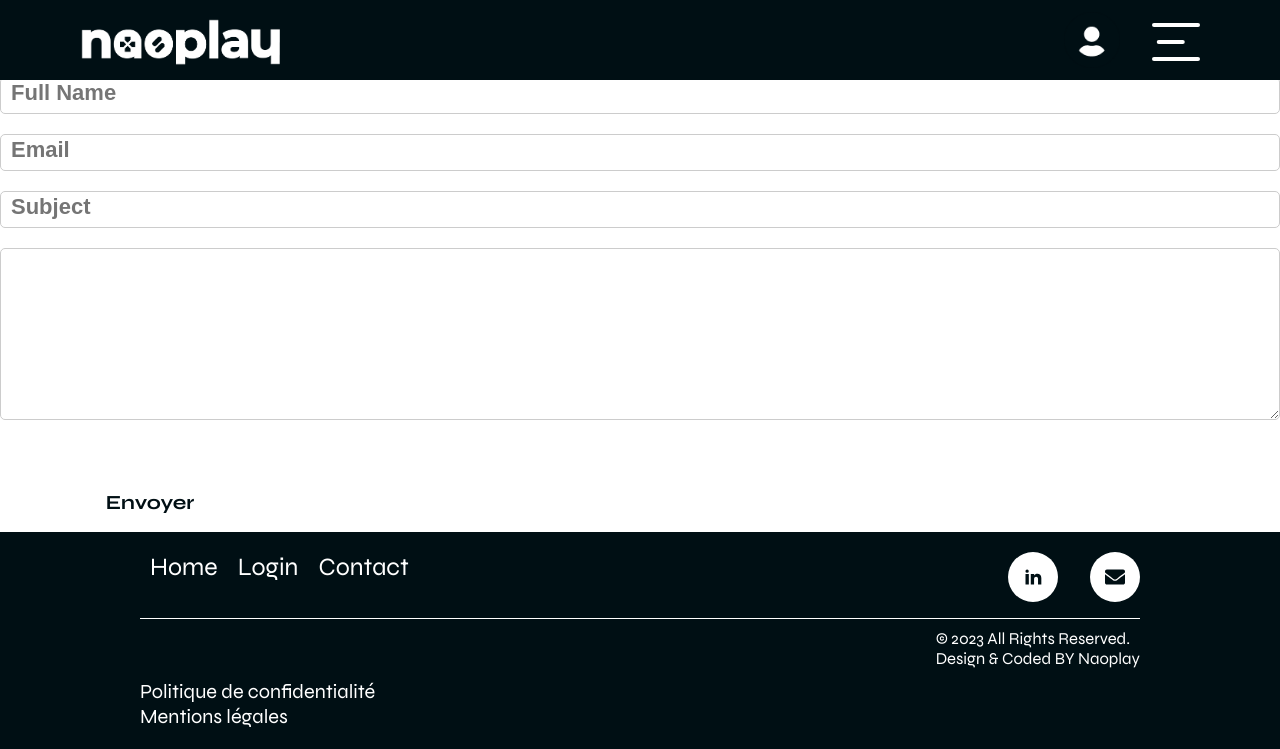
Repository: Hindsedrati/Naoplay
Page: /contact
These files come from the project's save history. The page is drawn as it stood at one moment and after the next save; the edit follows.
The browser window is 1280 px wide. The pictures show the whole page.
The project was rebuilt for these pictures with package versions that can differ from the ones it lists, and the page was loaded fresh each time. Also part of the build but not shown: src/Pages/Login/index.jsx, src/Components/Const/index.jsx, src/Components/Partners/index.jsx, src/Components/Naoplay/index.jsx, src/Components/Api/index.jsx, src/Components/Digitalisation/index.jsx, src/Components/Gateway/index.jsx, src/Components/ApiManagement/index.jsx and 6 more.

Above is the page before, as saved 2023-05-10 12:22:04.

### public/index.html
<!DOCTYPE html>
<html lang="en">
  <head>
    <meta charset="utf-8" />
    <link href="https://fonts.googleapis.com/css2?family=Syne:wght@600;700&display=swap" rel="stylesheet">
    <link rel="apple-touch-icon" sizes="180x180" href="./favicons/apple-touch-icon.png">
    <link rel="icon" type="image/png" sizes="32x32" href="./favicons/favicon-32x32.png">
    <link rel="icon" type="image/png" sizes="16x16" href="./favicons/favicon-16x16.png">
    <link rel="manifest" href="./favicons/site.webmanifest">
    <link rel="mask-icon" href="./favicons/safari-pinned-tab.svg" color="#5bbad5">
    <meta name="viewport" content="width=device-width, initial-scale=1" />
    <meta name="theme-color" content="#000000" />
    <meta
      name="description"
      content="Web site created using create-react-app"
    />
    <link rel="apple-touch-icon" href="%PUBLIC_URL%/logo192.png" />
    <!--
      manifest.json provides metadata used when your web app is installed on a
      user's mobile device or desktop. See https://developers.google.com/web/fundamentals/web-app-manifest/
    -->
    <link rel="manifest" href="%PUBLIC_URL%/manifest.json" />
    <!--
      Notice the use of %PUBLIC_URL% in the tags above.
      It will be replaced with the URL of the `public` folder during the build.
      Only files inside the `public` folder can be referenced from the HTML.

      Unlike "/favicon.ico" or "favicon.ico", "%PUBLIC_URL%/favicon.ico" will
      work correctly both with client-side routing and a non-root public URL.
      Learn how to configure a non-root public URL by running `npm run build`.
    -->
    <title>NAOPLAY</title>
  </head>
  <body>
    <noscript>You need to enable JavaScript to run this app.</noscript>
    <div id="root"></div>
    <!--
      This HTML file is a template.
      If you open it directly in the browser, you will see an empty page.

      You can add webfonts, meta tags, or analytics to this file.
      The build step will place the bundled scripts into the <body> tag.

      To begin the development, run `npm start` or `yarn start`.
      To create a production bundle, use `npm run build` or `yarn build`.
    -->
  </body>
</html>

### src/style.scss
* {
    margin: 0;
    padding: 0;
    box-sizing: border-box;
}

.app-container {
    width: 100%;
    max-width: 100%;
    margin-left: auto;
    margin-right: auto;
}

.main-container {
    width: 100%;
    overflow-x: hidden;
}

@media screen and (min-width: 769px) and (max-width: 1900px) {
    .main-container {
        padding: 70px 80px 20px 80px;
    }
}
@media screen and (min-width: 1901px) {
    .main-container {
        padding: 150px 80px 20px 80px;
    }
}
@media screen and (max-width: 768px) {
    .main-container {
        padding: 1rem;
    }
}

### src/Pages/Contact/index.jsx
import React from 'react'
import './Contact.scss'

function contact () {
  return (
    <section>
        <div className="container">
          <h2 className= "--text-center">Contactez-nous</h2>
          <form className= "--formm-control --card" >
              <input type="text" placeholder= 'Full Name' name= 'user_name' required/>
              <input type="email" placeholder= 'Email' name= 'user_email' required/>
              <input type="text" placeholder= 'Subject' name= 'subject' required/>
              <textarea name="message" cols="30" rows="10"></textarea>
              <button type= "submit" className= "--btn --btn-primary">Envoyer</button>


          </form>
        </div>
    </section>
  )
}

export default contact;

### src/Layouts/Footer/Index.jsx
import './footer.scss';
import { RiLinkedinFill } from "react-icons/ri";
import { FaEnvelope } from "react-icons/fa";

function Footer() {
  return (
    <footer>
      <div className="footer-content">
        <div className="footer-section links">
          <a href="/">Home</a>
          <a href="/login">Login</a>
          <a href="/Contact">Contact</a>
        </div>

        <div className="footer__icons">
          <a c href="https://www.linkedin.com/company/naoplay/" target="_blank" rel="noreferrer">
            <RiLinkedinFill />
          </a>
          <a  href="mailto:contact@naoplay.fr/" target="_blank" rel="noreferrer">
            <FaEnvelope />
          </a>
        </div>
      </div>

      <div className="footer-bottom">
        <small>&copy; 2023 All Rights Reserved.</small>
        <small>Design & Coded BY Naoplay </small>
      </div>

      <div className="footer-legal">
        <a href='/'>Politique de confidentialité</a>
        <a href='/'>Mentions légales</a>
      </div>
    </footer>
  );
}

export default Footer;

### src/Pages/Contact/Contact.scss
form {

  display: flex;
  flex-direction: column;
  align-items: center;
  margin-top: 50px;
}

label {
  font-weight: bold;
  margin-bottom: 10px;
}

input,
textarea {
  padding: 10px;
  margin-bottom: 20px;
  width: 100%;
  border: 1px solid #ccc;
  border-radius: 5px;
}

button {
  background-color: #4CAF50;
  color: white;
  border: none;
  padding: 10px 20px;
  text-align: center;
  text-decoration: none;
  display: inline-block;
  font-size: 16px;
  border-radius: 5px;
  cursor: pointer;
}

button:hover {
  background-color: #3e8e41;
}

### src/Pages/Home/Home.scss
body{
    box-sizing: border-box;
    overflow-x: hidden;
}

### src/Layouts/Footer/footer.scss
@import '../../Sass/variables.scss';

footer {
  height: auto;
  color: $light;
  position: relative;
  background: $dark;
  padding: 20px 0;
  width: 100%;
}

.footer-content {
  font-size: 20px;
  display: flex;
  justify-content: space-between;
  max-width: 1000px;
  margin: 0 auto;
}

.footer-section {
  font-family: $syne;
  display: flex;
}

.links a,
.social a {
  color: #fff;
  text-decoration: none;
  padding: 0 10px;
  font-size: 25px;
}


.footer__icons{

        display: flex;
        gap: 2rem;
        margin-bottom: 1rem;

        a {
            width: 50px;
            height: 50px;
            display: inline-block;
            text-decoration: none;
            color: $dark;
            background-color: $light;
            border-radius: 50%;
            display: flex;
            justify-content: center;
            align-items: center;



        }

        a:hover {
            transform: scale(1.1);
            background-color: $dark;
            color: $light;
        }
}
.footer-bottom {
  font-family: $syne;
  display: grid;
  justify-content: flex-end;
  max-width: 1000px;
  margin: 0 auto;
  font-size: 20px;
  border-top: 1px solid #fff;
  padding-top: 10px;
}

.footer-legal {
  /*display: flex;
  align-items: flex-start;
  justify-content: flex-start;
  max-width: 1000px;
  margin: 0 auto;
  font-size: 20px;

  padding-top: 10px;*/
  display: grid;
  justify-content: flex-start;
  max-width: 1000px;
  margin: 0 auto;
  font-size: 20px;
  padding-top: 10px;

}

.footer-legal a {
  font-family: $syne;
  color: #fff;
  text-decoration: none;
  margin-right: 20px;
}

.footer-legal a:hover {
  text-decoration: underline;
}

### src/Sass/variables.scss
@import url('https://fonts.googleapis.com/css2?family=Syne:wght@200;400;500;600;700&display=swap');
@import url('https://fonts.googleapis.com/css2?family=DM+Sans:wght@200;400;500;600;700&display=swap');

@font-face {
    font-family: 'MonumentExtended';
    src: url('fonts/MonumentExtended-Regular.otf') format('truetype');
    font-weight: normal;
    font-style: normal;
}

$Dm: 'DM Sans', sans-serif;
$syne: 'Syne', sans-serif;

//colors
$dark: #000F14;
$light: white;
$primary: #00A8EB;
$bg: #fdfdfd;

### src/Components/Const/const.scss
@import '../../Sass/variables.scss';

.home {

  color: $light;
  background-image: url('../../assets/vision_naoplay.webp');
  background-size: cover;
  background-position: center;

  h1 {
    font-weight: bold;
    font-family: 'MonumentExtended', sans-serif;
  }

  h2 {
    font-family: $syne;
  }

  &__btn {
    text-decoration: none;
    color: $dark;
    display: inline-block;
    padding: 0.75rem 1.5rem;
    background-color: $light;
    font-family: $syne;
    font-size: 1rem;
    font-weight: 700;
    transition: background-color 0.3s ease;

    &:hover {
      background-color: $dark;
      color: $light;
    }
  }
}

@media screen and (min-width: 769px) and (max-width: 1900px) {
  .home {
    margin-top: 2rem;

    h1 {
      font-size: 70px;
      font-weight: 500;
    }

    h2 {
      margin-top: 80px;
      font-size: 32px;
      font-weight: 700;
      line-height: 40px;
    }

    &__btn {
      margin-top:150px;
    }
  }
}

/* Code ajouté pour centrer en version mobile */
@media screen and (max-width: 768px) {
  .home {
    //height: calc(100vh - 80px);
    //padding: 1rem;
    margin-top: 5rem;
    display: flex;
    justify-content: center;
    align-items: center;
    flex-direction: column;

    h1 {
      font-size: 30px;
      line-height: 45px;
      font-weight: 200;
    }

    h2 {
      margin-top: 50px;
      font-size: 20px;
      font-weight: 500;
      font-family: $Dm;
      line-height: 1.6;
    }

    &__btn {
      margin-top: 30px;
    }
  }
}

@media screen and (min-width: 1901px) {
  .home {
    height: 100vh;
    h1 {
      line-height: 5rem;
      font-size: 70px;
      font-weight: 500;
    }

    h2 {
      margin-top: 80px;
      font-size: 32px;
      font-weight: 700;
      line-height: 40px;
    }

    &__btn {
      margin-top: 80px;
    }
  }

}

### src/Components/Partners/partners.scss
@import '../../Sass/variables.scss';

.partners {
  min-height: 210px;
  background: $dark;
  color: $light;

  &__content {
    display: flex;
    align-items: center;
  }

  &__content h3 {
    font-family: 'MonumentExtended', sans-serif;
    color: $light;
  }
}

@media screen and (min-width: 769px) and (max-width: 1900px) {

  .partners {
    padding-left: 80px;
    display: grid;
    grid-template-columns: 1fr 3fr;

    &__content h3 {
      padding-right: 15px;
      font-size: 20px;
      font-weight: 500;
      line-height: 32px;
    }

    &__image {
      position: relative;
      width: auto;
      height: 70px;
      margin-top: 70px;
      overflow: hidden;
    }

    &__icons {
      position: absolute;
      display: flex;
      width: 150%;
      height: 70px;
      top: 0;
      left: 30px;
      color: #fff;

      animation-name: IconeMove;
      animation-duration: 7s;
      animation-iteration-count: infinite;
      animation-direction: alternate;
      animation-timing-function: ease-in-out;

      @keyframes IconeMove {
        from {
          transform: translateX(-25%);
        }

        to {
          transform: translateX(0);
        }
      }
    }

    &__icons img {
      height: 100%;
      width: auto;
      margin-right: 70px;

    }
  }
}

@media screen and (min-width: 1901px) {

  .partners {
    padding-left: 80px;
    display: grid;
    grid-template-columns: 1fr 3fr;

    &__content h3 {
      padding-right: 15px;
      font-size: 25px;
      font-weight: 500;
      line-height: 32px;
    }

    &__image {
      position: relative;
      width: auto;
      height: 70px;
      margin-top: 70px;
      overflow: hidden;
    }

    &__icons {
      position: absolute;
      display: flex;
      width: 150%;
      height: 70px;
      top: 0;
      left: 30px;
      color: #fff;

      animation-name: IconeMove;
      animation-duration: 9s;
      animation-iteration-count: infinite;
      animation-direction: alternate;
      animation-timing-function: ease-in-out;

      @keyframes IconeMove {
        from {
          transform: translateX(-25%);
        }

        to {
          transform: translateX(0);
        }
      }
    }

    &__icons img {
      height: 100%;
      width: auto;
      margin-right: 70px;

    }
  }
}

@media screen and (max-width: 768px) {

  .partners {
    padding: 1rem;

    &__content h3 {
      font-size: 20px;
      font-weight: 500;
      line-height: 32px;
    }

    &__image {
      position: relative;
      width: auto;
      height: 70px;
      margin-top: 50px;
      overflow: hidden;
    }

    &__icons {
      position: absolute;
      display: flex;
      width: 150%;
      height: 60px;
      top: 0;
      left: 30px;
      color: #fff;

      animation-name: IconeMove;
      animation-duration: 5s;
      animation-iteration-count: infinite;
      animation-direction: alternate;
      animation-timing-function: ease-in-out;

      @keyframes IconeMove {
        from {
          transform: translateX(-200%);
        }

        to {
          transform: translateX(0);
        }
      }
    }

    &__icons img {
      height: 100%;
      width: auto;
      margin-right: 70px;

    }
  }
}

### src/Components/Digitalisation/digital.scss
@import '../../Sass/variables.scss';

.digital {
  background-image: url('../../assets/eye-naoplay.webp');
  background-size: cover;
  background-position: center;
  width: 100%;
  height: 50vh;
  object-fit: none;
  color: $light;
  display: flex;
  align-items: center;
  justify-content: center;

  &__content {
    width: 100%;
    max-width: 960px;
    margin: 0 auto;
    padding: 0 1rem;
    text-align: center;
  }

  &__title {
    font-family: 'MonumentExtended', sans-serif;

    margin: 0;
    font-size: 2rem;
    line-height: 1;

  }

  @media screen and (max-width: 768px) {
    .digital{
      display: none;
    }
  }
}
@media screen and (min-width: 769px) and (max-width: 1900px) {
  .digital{
    display: none;
  }
}
@media screen and (min-width: 1900px){
  .digital{
    display: none;
  }
}

### src/Components/Gateway/gateway.scss
@import '../../Sass/variables.scss';

.Gateway{
    height: 100vh;
    padding: 100px;
    color: $dark;

    &__title {
        font-family: 'MonumentExtended', sans-serif;
    }

    &__content::-webkit-scrollbar {
        width: 0;
    }

}


@media screen and (min-width: 769px) and (max-width: 1900px) {
    .Gateway{
        display: grid;
        grid-template-columns: 1fr 2fr;
        align-items: center;

        &__content__child p{
            line-height: 4rem;
            font-family: $syne;
            font-size: 24px;
            font-weight: bold;
        }
    }

    .partone{
        display: block;
        height: calc(100vh - 200px);
        padding: 8rem 4rem 4rem;
        text-align: right;
        background: $dark;
        color: $light;
    }

    .partone:hover{
        background-color: $primary;
        scroll-behavior: smooth;
    }

    .parttwo{
        position: relative;
        height: calc(100vh - 200px);

        .Gateway__title {
            position: absolute;
            top: 0;
            bottom: 0;
            display: flex;
            align-items: center;
            margin-left: 6rem;
            font-size: 56px;
            vertical-align: middle;
        }

        .G1, .G2, .G3, .G4, .G5 {
            display: inline-block;
            margin-top: 5vh;
            margin-bottom: 5vh;
            border-bottom: 1rem solid $primary;
            border-right: 2rem solid transparent;
            line-height: 36px;
        }

        .G1{
            margin-left: 15%;
        }

        .G2{
            margin-left: 50%;
        }

        .G3{
            margin-left: 80%;
        }

        .G4{
            margin-left: 50%;
        }

        .G5{
            margin-left: 15%;
        }
    }
}

@media screen and (min-width: 1901px) {
    .Gateway{
        display: grid;
        grid-template-columns: 1fr 2fr;
        align-items: center;

        &__content__child p{
            line-height: 9rem;
            font-family: $syne;
            font-size: 30px;
            font-weight: bold;
        }
        .items{
            margin-top: 3rem;
        }
    }

    .partone{
        display: block;
        height: calc(100vh - 200px);
        padding: 4rem 4rem 4rem;
        text-align: right;
        background: $dark;
        color: $light;
    }

    .partone:hover{
        background-color: $primary;
        scroll-behavior: smooth;
    }

    .parttwo{
        position: relative;
        height: calc(100vh - 200px);

        .Gateway__title {
            position: absolute;
            top: 0;
            bottom: 0;
            display: flex;
            align-items: center;
            margin-left: 6rem;
            font-size: 56px;
            vertical-align: middle;
        }

        .G1, .G2, .G3, .G4, .G5 {
            display: inline-block;
            margin-top: 5vh;
            margin-bottom: 5vh;
            border-bottom: 1rem solid $primary;
            border-right: 2rem solid transparent;
            line-height: 36px;
        }

        .G1{
            margin-left: 15%;
        }

        .G2{
            margin-left: 50%;
        }

        .G3{
            margin-left: 80%;
        }

        .G4{
            margin-left: 50%;
        }

        .G5{
            margin-left: 15%;
        }
    }
}

@media screen and (max-width: 768px) {
    .Gateway{
        display: none;
    }
}

### src/Components/Management/management.scss
@import '../../Sass/variables.scss';

.management {
    background: $primary;
    color: $light;

    &__title {
        font-family: 'MonumentExtended', sans-serif;
    }

    &__content::-webkit-scrollbar {
        width: 0;
    }
}

@media screen and (min-width: 769px) and (max-width: 1900px) {
    .management {
        min-height: 100vh;

        &__title {
            display: none;
        }

        &__content {
            width: 100%;
            min-height: 250px;
            padding: 30px 100px;
            display: flex;
            flex-flow: row nowrap;
            gap: 100px;
            font-family: $syne;
            font-size: 20px;
            font-weight: 400;
            line-height: 30px;
            position: relative;

            .arrow_1 {
                display: none;
            }

            .arrow_2 {
                display: none;
            }

            & p {
                margin-top: .8rem;
                font-family: $Dm;
            }
        }
    }
}

@media screen and (min-width: 1901px) {
    .management {
        min-height: 100vh;

        &__title {
            display: none;
        }

        &__content {
            width: 100%;
            min-height: 250px;
            padding: 30px 100px;
            display: flex;
            flex-flow: row nowrap;
            gap: 100px;
            font-family: $syne;
            font-size: 20px;
            font-weight: 400;
            line-height: 30px;
            position: relative;

            .arrow_1 {
                display: none;
            }

            .arrow_2 {
                display: none;
            }

            & p {
                font-size: 25px;
                margin-top: .8rem;
                font-family: $Dm;
            }
        }
    }
}

@media screen and (max-width: 768px) {
    .management {
        padding: 2.5rem 1rem;

        &__content {
            display: flex;
            flex-flow: row nowrap;
            gap: 2rem;
            font-family: $syne;
            font-size: 25px;
            font-weight: 500;
            line-height: 30px;
            overflow: scroll;
            position: relative;

            &__child {
                min-width: 100%;
            }

            .arrow_1 {
                position: absolute;
                bottom: 2px;
                right: 10px;
                font-size: 30px;
                color: $primary;
                background: $light;
                display: flex;
                align-items: center;
                justify-content: center;
                border-radius: 50%;
                width: 40px;
                height: 40px;
            }

            .arrow_2 {
                position: absolute;
                bottom: 2px;
                right: -23rem;
                font-size: 2rem;
                background: $light;
                color: $primary;
                display: flex;
                align-items: center;
                justify-content: center;
                border-radius: 50%;
                width: 40px;
                height: 40px;
            }
        }

        &__title {
            margin-top: 30px;
            font-size: 30px;
            line-height: 30px;
            font-weight: 100;
        }

        &__content {
            font-size: 25px;
            font-weight: 700;
            line-height: 30px;
        }

        & p {
            margin-top: 30px;
            padding: 0rem 1rem;
        }
    }



}

Loaded but not shown: src/reportWebVitals.js (common file); src/index.js (34 lines, source omitted); src/Layouts/Header/header.scss (458 lines, source omitted); src/Components/ApiManagement/api_m.scss (329 lines, source omitted); src/Components/Api/api.scss (344 lines, source omitted); src/Components/Naoplay/naoplay.scss (359 lines, source omitted); src/Layouts/Header/Index.jsx (115 lines, source omitted); src/Pages/Error403/Error403.scss (201 lines, source omitted); src/Components/Mentorat/mentorat.scss (204 lines, source omitted); src/Components/Proxisation/proxi.scss (219 lines, source omitted); src/Pages/Error404/Error.scss (200 lines, source omitted); src/Pages/Login/login.scss (182 lines, source omitted)

After the next save:
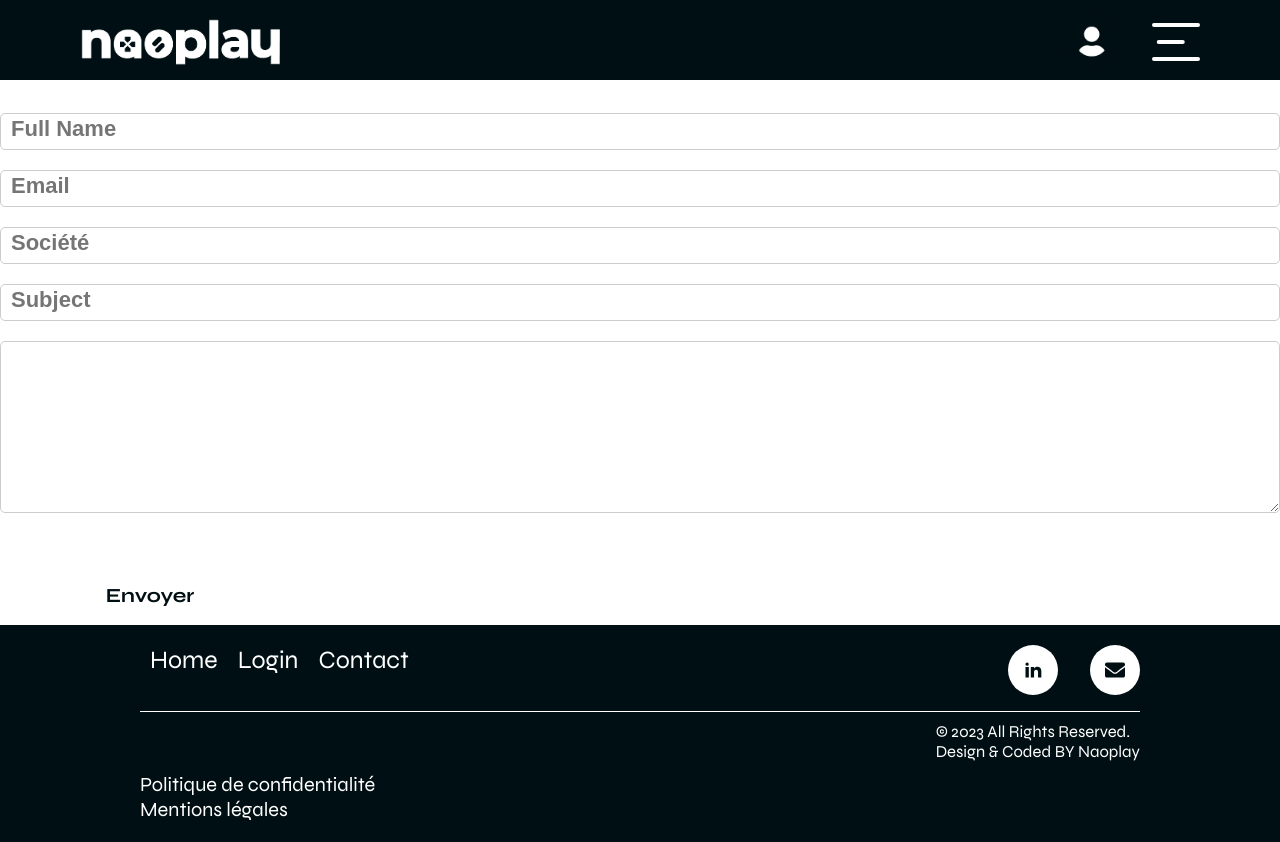
Saved 9 min 32 s later.
--- a/src/Pages/Contact/index.jsx
+++ b/src/Pages/Contact/index.jsx
@@ -6,9 +6,11 @@
     <section>
         <div className="container">
           <h2 className= "--text-center">Contactez-nous</h2>
+          <p> Vous avez un projet de transformation digitale ? vous souhaitez échanger avec l’un de nos experts ? ou vous souhaitez voir comment notre mentorat peut booster votre carrière ? (si vous souhaitez nous rejoindre vous pouvez également envoyer votre CV à contact@naoplay.fr</p>
           <form className= "--formm-control --card" >
               <input type="text" placeholder= 'Full Name' name= 'user_name' required/>
               <input type="email" placeholder= 'Email' name= 'user_email' required/>
+              <input type="text" placeholder="Société" name="societe" required />
               <input type="text" placeholder= 'Subject' name= 'subject' required/>
               <textarea name="message" cols="30" rows="10"></textarea>
               <button type= "submit" className= "--btn --btn-primary">Envoyer</button>
